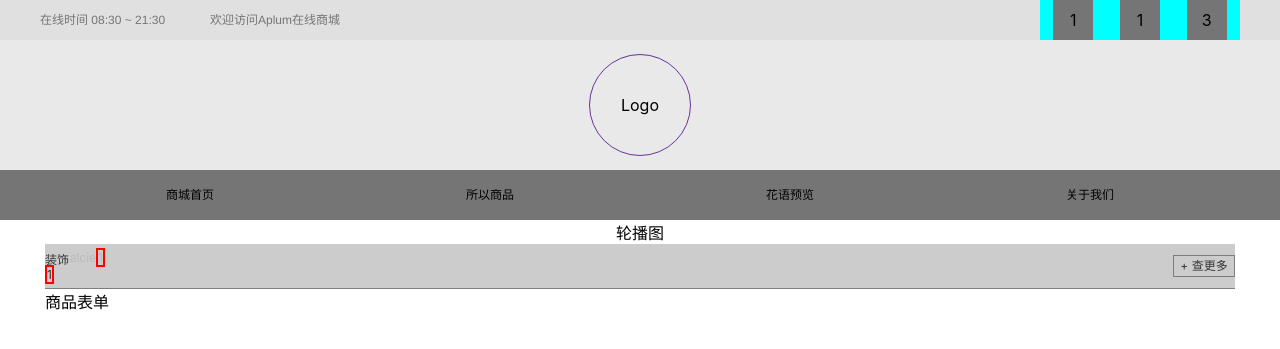
Repository: Alicehhhmm/aplum
Page: /
An editor plug-in stored every save of this project. The page is shown before and after a run of saves, followed by the edit.
The browser window is 1280 px wide. The pictures show the whole page.
The project was rebuilt for these pictures with package versions that can differ from the ones it lists, and the page was loaded fresh each time. Also part of the build but not shown: src/components/footer/index.jsx, src/components/carousel/index.scss, src/components/productList/index.scss, src/App.css.

Above is the page before, as saved 2021-10-11 16:48:55.

### src/index.js
import React from 'react';
import ReactDOM from 'react-dom';
import './index.css';
import App from './App';
import reportWebVitals from './reportWebVitals';

ReactDOM.render(
  <React.StrictMode>
    <App />

  </React.StrictMode>,
  document.getElementById('root')
);


reportWebVitals();

### src/App.js


// import Footer from './views/footer/footer';//尾部
import Footer from './components/footer';
import Body from './components/body';
import Header from './components/header';
import './App.css';

function App() {
  return (
    <div>
      <Header/>
      <Body/>
      {/* <Footer/> */}
    </div>
  );
}

export default App;

### src/components/body/index.jsx
import React,{Component} from "react";
import CarouselComp from "../carousel";
import ProductList from '../productList'
import "./index.scss"

export default class Body extends Component{

  render(){
      return(
        <div className="mun">
          <CarouselComp/>
          <div className="mun_child"></div>
          <ProductList/>
        </div>
      );
  }
}

### src/components/header/index.jsx
import React, { Component } from "react";
import './index.scss'
export default class Header extends Component{
    render(){
        const tag = ['商城首页','所以商品','花语预览','关于我们']
        return(
            <div className="mn" >
                {/* 头部小导航栏 */}
                <view className="minTop">
                    <view className='minTopft'>
                        <view className='time'>在线时间 08:30 ~ 21:30</view>
                        <view className='time'>欢迎访问Aplum在线商城</view>
                    </view>
                    <view className='minToprt'>
                        <view className="icn">1</view>
                        <view className="icn">1</view>
                        <view className="icn">3</view>
                    </view>
                </view>
                {/* 头部大导航栏 */}
                <view className="maxTop">
                    <view className="maxToptp"><span className='logo'>Logo</span></view>
                    <view className="maxTopbt">
                        {tag.map(r=>(
                             <view className="tag">{r}</view>
                        ))}
                    </view>
                </view>
            </div>
        )
    }
}

### src/components/footer/index.scss
*{
    margin: 0;
    padding: 0;
    list-style-type:none;
}
.mu{
    width: auto;
    height: 500px;
    display: flex;
    flex-direction: column;
    justify-content: space-between;
    background-color: sandybrown;
}
.mut{
    width: auto;
    height: 144px;
    line-height: 144px;
    font-size: 32px;
    font-weight: 700;
    color: #ffffff;
    font-family:Helvetica,Arial,sans-serif ;
    display: flex;
    flex-direction: column;
    justify-content: center;
    align-items: center;
    flex-grow: 0;
    background-color: rgb(2, 26, 9);
}
.mub{
    width: auto;
    display: flex;
    flex-direction: column;
    justify-content: center;
    align-items: center;
    flex-grow: 1;
    background-color: skyblue;
}
.mutt{
    width: auto;
    margin: 0 320px;
    display: flex;
    flex-grow: 1;
    background-color: tan;
}
.ttbn{
    width: 222px;
    height: 356px;
    padding: 0 12px;
    display: flex;
    flex-direction: column;
    align-items: center;
    background-color: rgb(2, 26, 9);
}
.p{
    font-size: 16px;
    line-height: 16px;
    color: #ffffff;
    font-family:Helvetica,Arial,sans-serif ;
    margin-bottom: 14px;
}
.li{
    font-size: 12px;
    color: #f9f9f9;
}
.mubb{
    width: auto;
    display: flex;
    flex-direction: row;
    justify-content: space-between;
    flex-grow: 0;
    border-top:1px solid #ffffff;
}
.bbtn{
    width: 492px;
    height: 60px;
    display: flex;
    justify-content: center;
    align-items: center;
    background-color: rgb(2, 26, 9);
}
.copright{
    font-family:  Helvetica,"sans-serif-light",sans-serif;
    font-size: 12px;
    font-weight: 300;
    color: #f9f9f9;
}
.bbtnx{
    width: 492px;
    height: 60px;
    display: flex;
    justify-content: flex-end;
    align-items: center;
    background-color: rgb(2, 26, 9);
}
.icon{
    width: 20px;
    height: 40px;
    padding: 0 5px;
    background-color: #ffffff;
}

### src/components/carousel/index.jsx
import React,{Component} from "react";
// 插件引入
import "react-responsive-carousel/lib/styles/carousel.min.css"; // requires a loader
import { Carousel } from 'react-responsive-carousel';

import "./index.scss"

export default class CarouselComp extends Component{

  render(){
      return(
        // <Carousel showArrows={true} >
        //     <div>
        //         <img src="assets/1.jpeg" />
        //         <p className="legend">Legend 1</p>
        //     </div>
        //     <div>
        //         <img src="assets/2.jpeg" />
        //         <p className="legend">Legend 2</p>
        //     </div>
        //     <div>
        //         <img src="assets/3.jpeg" />
        //         <p className="legend">Legend 3</p>
        //     </div>
        //  </Carousel>

        <div className="">
          <div className="munchild_carousel">轮播图</div>
        </div>
      );
  }
}

### src/components/productList/index.jsx
import React,{Component} from "react";
import TopList from './topList'
import "./index.scss"

export default class ProductList extends Component{

  render(){
      return(
        <div className="">
            <TopList/>
            <div className="munchild_product_list">商品表单</div>
        </div>
      );
  }
}

### src/components/body/index.scss

.mun{
    display: flex;
    flex-direction: column;
    align-items: center;
}

.mun_child{
    display: flex;
    justify-content: center;
    align-items: center;
}

### src/components/header/index.scss
*{
    margin: 0;
    padding: 0;
}


// 主体
.mn{
    background-color: #e0e0e0;
}

// 头部小导航栏
.minTop{
    height: 40px;
    line-height: 40px;
    background-color: #e0e0e0;
    padding: 0 40px;
    display: flex;
    justify-content: space-between;
    .minTopft{
        // background-color: aqua;
        width: 300px;
        display: flex;
        justify-content: space-between;
        .time{
            font-size: 12px;
            color: #757575;
            font-family:Helvetica,微软雅黑,Arial,sans-serif;
        }
    }
    .minToprt{
        background-color: aqua;
        width: 200px;
        display: flex;
        justify-content: space-around;
        .icn{
            width: 40px;
            height: 40px;
            text-align: center;
            background-color: #757575;
        }
    }
}

// 头部大导航栏
.maxTop{
    background-color: #757575;
    display: flex;
    flex-direction:column;
    .maxToptp{
        background-color: #e9e9e9;
        height: 130px;
        display: flex;
        justify-content: center;
        align-items: center;
        .logo{
            width: 100px;
            height: 100px;
            border: 1px solid rebeccapurple;
            border-radius: 50%;
            display: flex;
            justify-content: center;
            align-items: center;
        }
    }
    .maxTopbt{
        height: 50px;
        line-height: 50px;
        padding: 0 40px;
        // background-color: brown;
        display: flex;
        justify-content: space-around;
        align-items: center;
        .tag{
            width: 140px;
            font-size: 12px;
            display: flex;
            justify-content: center;
        }
    }
}

### src/components/productList/topList/index.jsx
import React,{Component} from "react";
import "./index.scss"

export default class TopList extends Component{

    render(){
        return(
            <div className="mod">
                <view className="modft">
                    <span>装饰</span>
                    <span className="modtext">alcie</span>
                </view>
                <view className="modrt">+ 查更多</view>
            </div>
        );
    }
  }

### src/components/productList/topList/index.scss


.mod{
    background-color: #ccc;
    width: 1190px;
    height: 44px;
    border-bottom:1px solid rgba(51, 51, 51, 0.5);
    display: flex;
    justify-content: space-between;
    align-items: center;
    .modft{
        width: 60px;
        font-size: 12px;
        color: #333;
        display: flex;
        flex-direction: row;
        justify-content: space-between;
        position: relative;
        .modtext{
            font-size: 12px;
            color: #bababa;
        }
        ::after{
            content:'1';
            border:2px solid red;
        }
    }
    .modrt{
        width: 60px;
        height: 20px;
        border: rgba(51, 51, 51, 0.5) solid 1px;
        font-size: 12px;
        color: #333;
        text-align: center;
    }
}

Loaded but not shown: public/index.html (common file); src/index.css (common file); src/reportWebVitals.js (common file)

After the next 5 saves:
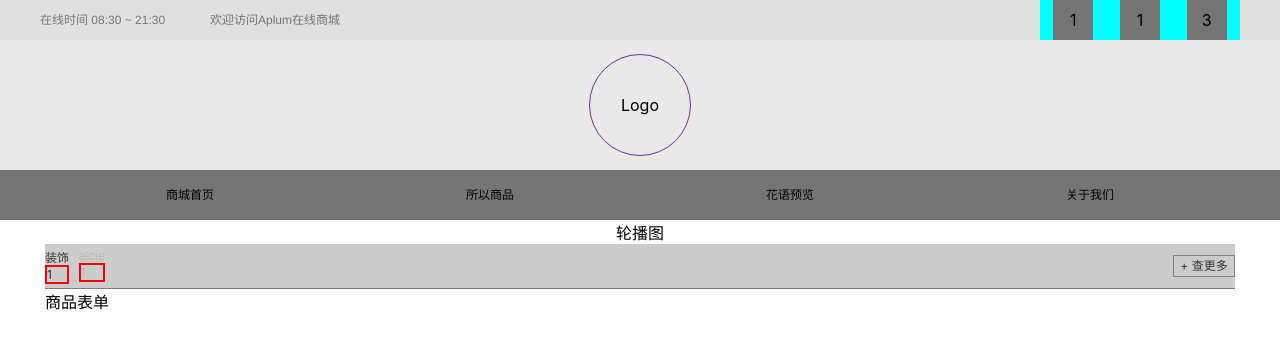
The 5 saves are shown as one change because 2 did not build or start and some came seconds apart.
The last was saved 32 s later.
--- a/src/components/productList/topList/index.scss
+++ b/src/components/productList/topList/index.scss
@@ -22,6 +22,8 @@
         }
         ::after{
             content:'1';
+            width: 1;
+            display: block;
             border:2px solid red;
         }
     }
